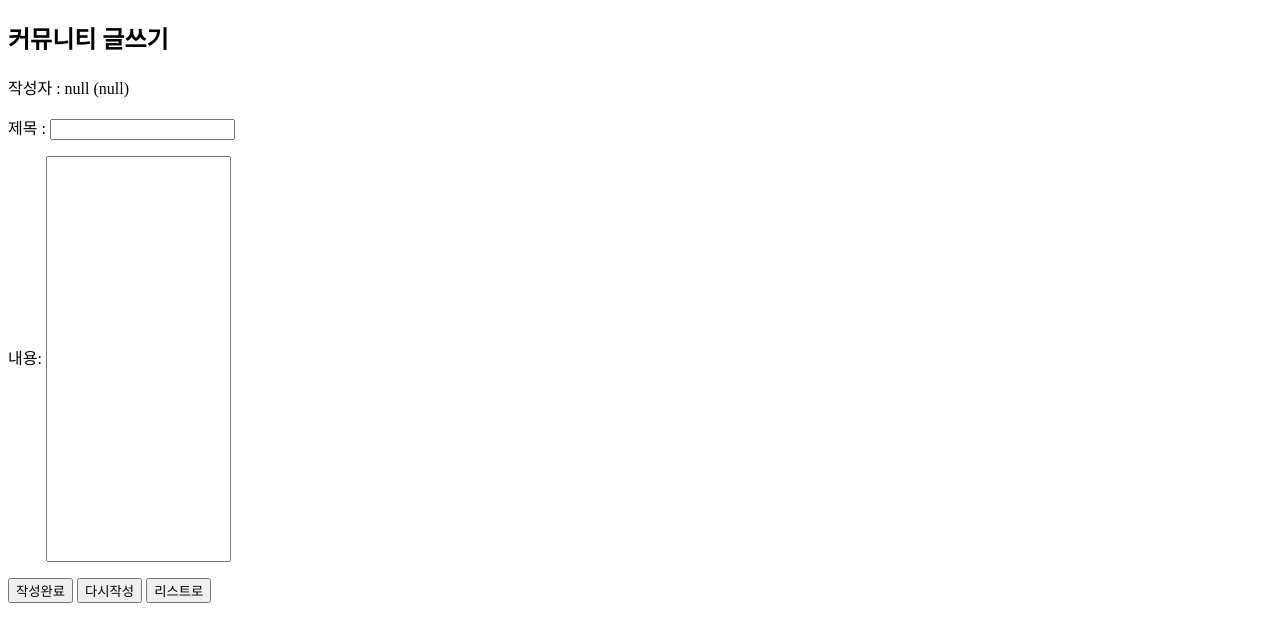
Repository: Blair-Kim/JSP
Page: http://localhost/Day4/board/write.jsp
An editor plug-in stored every save of this project. The page is shown before and after the next save, followed by the edit.
The browser window is 1280 px wide. The pictures show the whole page.
The page is served by Tomcat 9.

Above is the page before, as saved 2022-01-18 01:41:15.

After the next save:
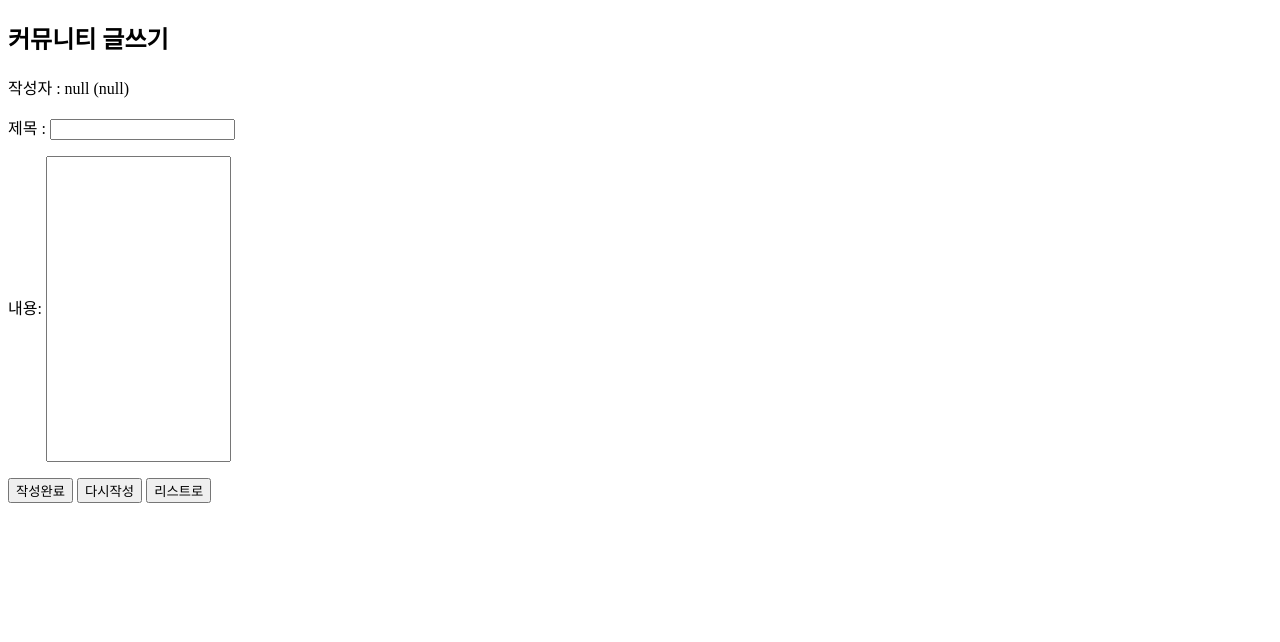
Saved 5 s later.
--- a/Day4/WebContent/board/write.jsp
+++ b/Day4/WebContent/board/write.jsp
@@ -23,7 +23,7 @@
         <input type="hidden" id="isssn" value="n">
         <p>작성자 : <%=userid%> (<%=name%>)</p>
         <p>제목 : <input type="text" name="b_title" id="b_title" maxlength="200"></p>
-        <p>내용: <input type="text" name="b_content" id="b_title" maxlength="2000" style="height:400px"></p>
+        <p>내용: <input type="text" name="b_content" id="b_title" maxlength="2000" style="height:300px"></p>
         <p><input type="submit" value="작성완료"> <input type="reset" value="다시작성"> <input type="button" value="리스트로" onclick="location.href='./list.jsp'"></p>
     </form>
 
